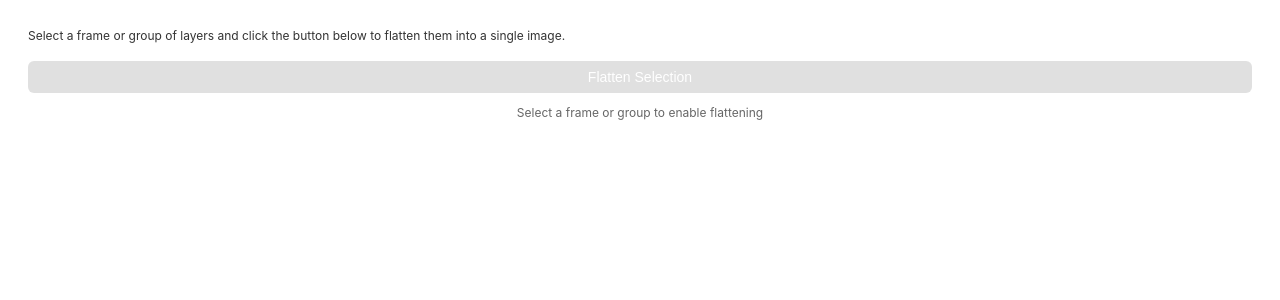
Repository: vibesyemmy/FlatMagic
Page: ui.html
These files come from the project's save history. The page is drawn as it stood at one moment and after the next save; the edit follows.
The browser window is 1280 px wide. The pictures show the whole page.

Above is the page before, as saved 2024-12-12 02:44:21.

### ui.html
<!DOCTYPE html>
<html>
<head>
  <style>
    body {
      font-family: Inter, sans-serif;
      padding: 20px;
    }
    button {
      background-color: #18A0FB;
      color: white;
      border: none;
      padding: 8px 16px;
      border-radius: 6px;
      cursor: pointer;
      width: 100%;
      font-size: 14px;
      transition: all 0.2s ease;
    }
    button:hover:not(:disabled) {
      background-color: #0D8DE3;
    }
    button:disabled {
      background-color: #CCCCCC;
      cursor: not-allowed;
      opacity: 0.6;
    }
    .description {
      color: #333;
      font-size: 12px;
      margin-bottom: 16px;
      line-height: 1.4;
    }
    #status {
      font-size: 12px;
      color: #666;
      margin-top: 12px;
      text-align: center;
    }
  </style>
</head>
<body>
  <div class="description">
    Select a frame or group of layers and click the button below to flatten them into a single image.
  </div>
  <button id="flatten" disabled>Flatten Selection</button>
  <div id="status">Select a frame or group to enable flattening</div>
  <script>
    const button = document.getElementById('flatten');
    const status = document.getElementById('status');

    // Listen for messages from the plugin code
    window.onmessage = (event) => {
      const message = event.data.pluginMessage;

      if (message.type === 'selection-change') {
        button.disabled = !message.hasValidSelection;
        status.textContent = message.hasValidSelection
          ? 'Ready to flatten selection'
          : 'Select a frame or group to enable flattening';
      }
    };

    button.onclick = () => {
      parent.postMessage({ pluginMessage: { type: 'flatten-selection' } }, '*');
    };
  </script>
</body>
</html>

After the next save:
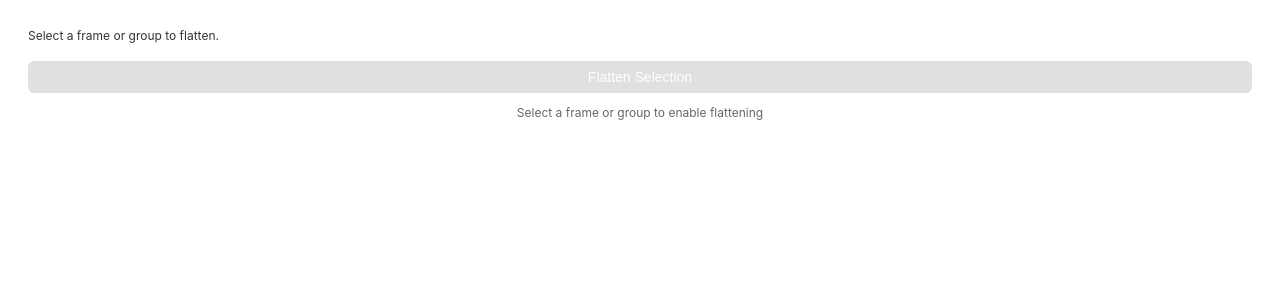
Saved 59 s later.
--- a/ui.html
+++ b/ui.html
@@ -41,7 +41,7 @@
 </head>
 <body>
   <div class="description">
-    Select a frame or group of layers and click the button below to flatten them into a single image.
+    Select a frame or group to flatten.
   </div>
   <button id="flatten" disabled>Flatten Selection</button>
   <div id="status">Select a frame or group to enable flattening</div>
